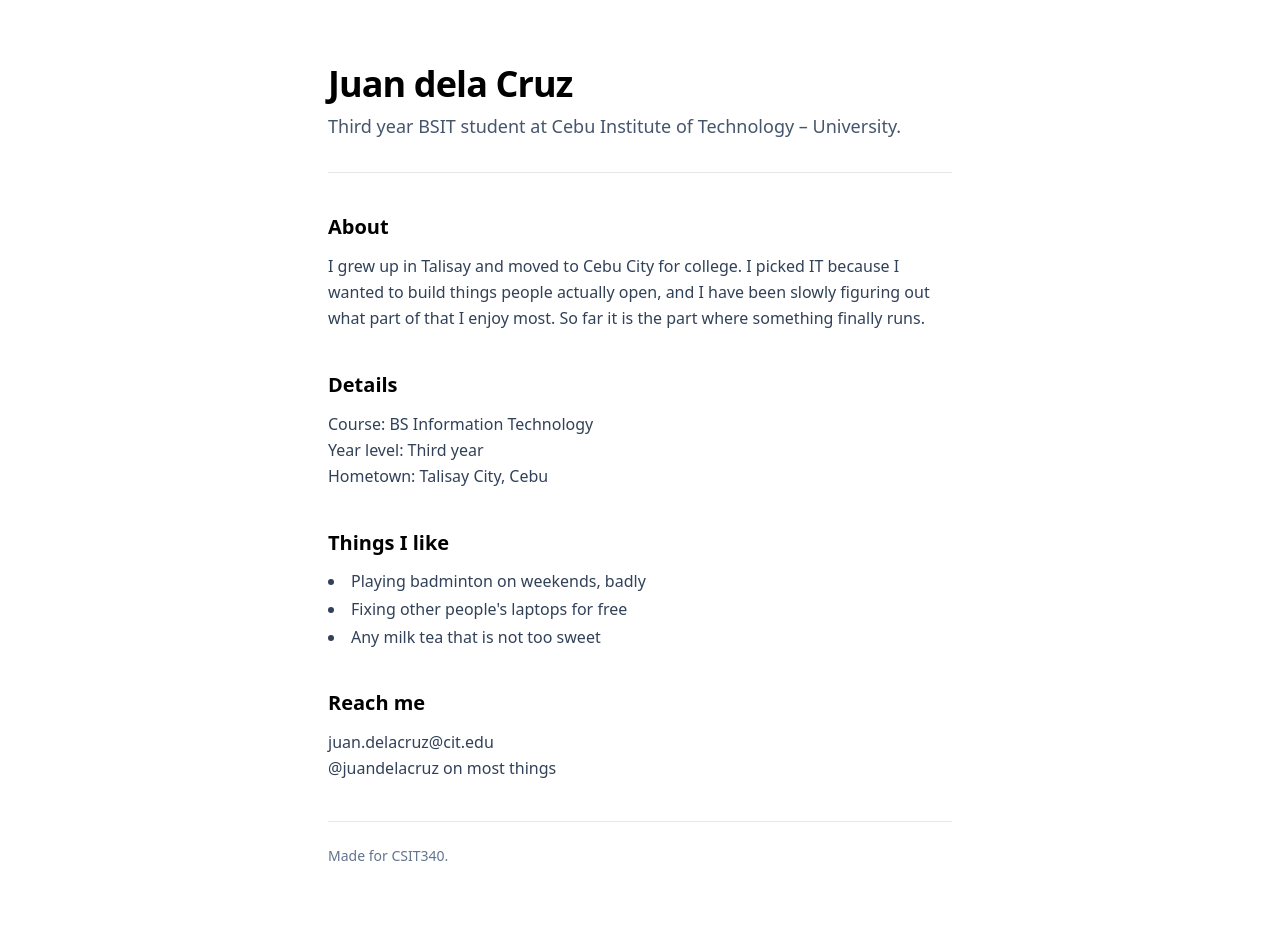
Repository: nicole-galan/CSIT340-Lab1-Galan
Page: /
The author's editor kept a copy of each file at every save. The page is drawn from the files as they stood at one save, then again after the next save.
The browser window is 1280 px wide. The pictures show the whole page.
The project was rebuilt for these pictures with package versions that can differ from the ones it lists, and the page was loaded fresh each time. Also part of the build but not shown: vite.config.js.

Above is the page before, as saved 2026-09-04 16:37:34.

After the next save:
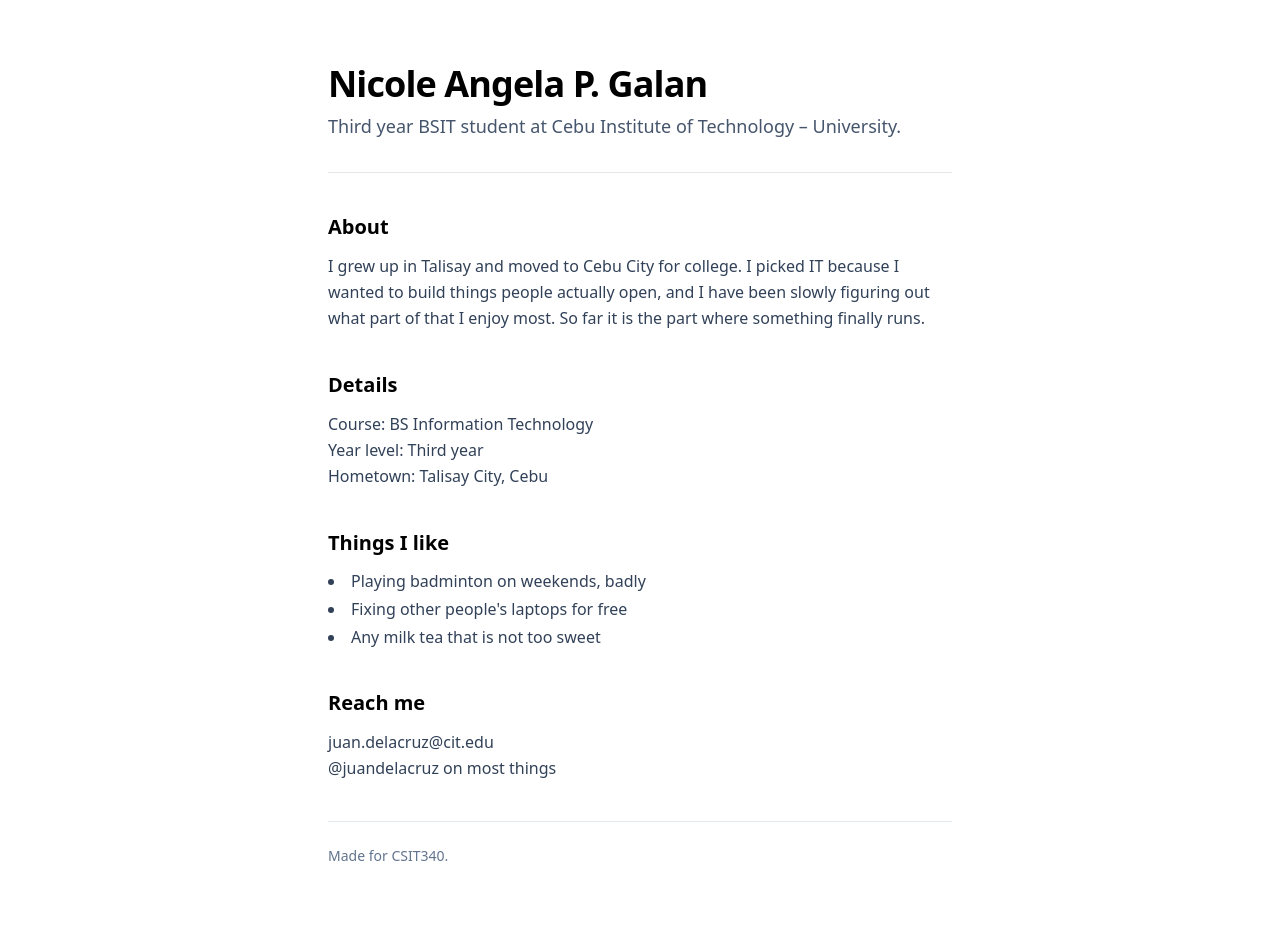
Saved 118 s later.
--- a/src/App.jsx
+++ b/src/App.jsx
@@ -2,7 +2,7 @@ function App() {
   return (
     <>
       <header className="mx-auto px-6 pt-16 max-w-2xl">
-        <h1 className="text-4xl font-semibold tracking-tight mb-2">Juan dela Cruz</h1>
+        <h1 className="text-4xl font-semibold tracking-tight mb-2">Nicole Angela P. Galan</h1>
         <p className="text-lg text-slate-600">
           Third year BSIT student at Cebu Institute of Technology – University.
         </p>
